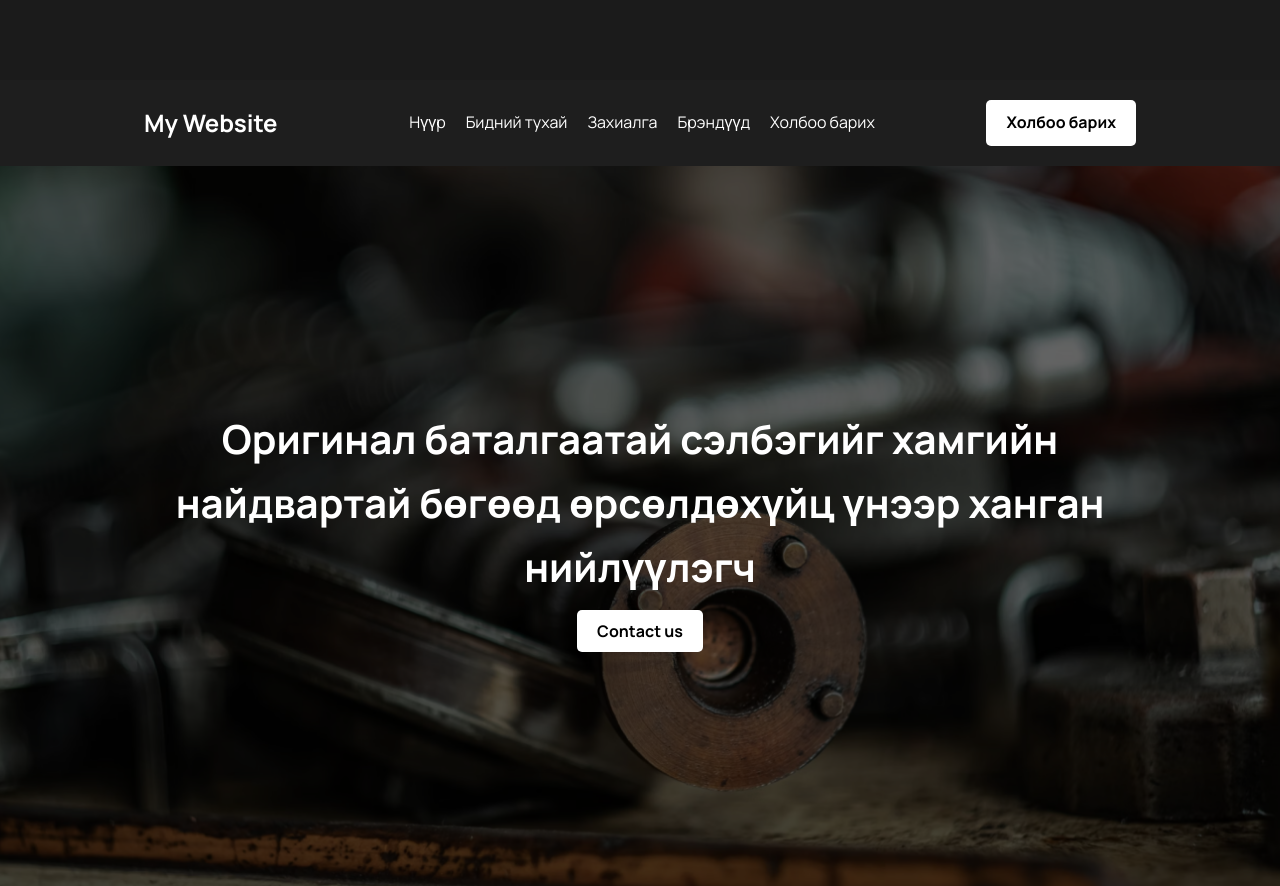
Repository: temuujinnn/mongol_kanain
Page: index.html
These files come from the project's save history. The page is drawn as it stood at one moment and after the next save; the edit follows.
The browser window is 1280 px wide. The pictures show the whole page.

Above is the page before, as saved 2024-08-22 17:39:21.

### index.html
<!DOCTYPE html>
<html lang="mn">

<head>
    <meta charset="UTF-8">
    <meta name="viewport" content="width=device-width, initial-scale=1.0">
    <title>My Custom Website</title>
    <link rel="stylesheet" href="style.css">
    <!-- Google Fonts Link -->
    <link href="https://fonts.googleapis.com/css2?family=Manrope:wght@400;700&display=swap" rel="stylesheet">
</head>

<body>
    <!-- Header Section -->
    <header>
        <div class="container">
            <div class="logo">
                <h1>My Website</h1>
            </div>
            <nav>
                <ul>
                    <li><a href="#home">Нүүр</a></li>
                    <li><a href="#about">Бидний тухай</a></li>
                    <li><a href="#order">Захиалга</a></li>
                    <li><a href="#brands">Брэндүүд</a></li>
                    <li><a href="#contact">Холбоо барих</a></li>
                </ul>
            </nav>
            <a href="#contact" class="contact-btn">Холбоо барих</a>
        </div>
    </header>

    <!-- Hero Section -->
    <section id="hero">
        <div class="overlay"></div>
        <div class="hero-content">
            <h1>Оригинал баталгаатай сэлбэгийг хамгийн найдвартай бөгөөд өрсөлдөхүйц үнээр ханган нийлүүлэгч</h1>
            <a href="#contact" class="button">Contact us</a>
        </div>
    </section>

    <!-- The rest of your content -->
</body>

</html>

### style.css
/* Basic Reset */
* {
    margin: 0;
    padding: 0;
    box-sizing: border-box;
}

body {
    font-family: 'Manrope', sans-serif;
    color: white;
    background-color: #1b1b1b;
    line-height: 1.6;
}

/* Header */
header {
    background-color: #1e1e1e;
    /* Semi-transparent background */
    padding: 20px 0;
    position: relative;
    /* Ensure the header is not fixed */
    width: 100%;
    z-index: 1000;
    /* Keep the header on top of other content */
}

header .container {
    display: flex;
    padding-left: 144px;
    padding-right: 144px;
    justify-content: space-between;
    align-items: center;
}

header .logo h1 {
    color: #fff;
    font-size: 1.5rem;
    margin: 0;
}

header nav ul {
    list-style: none;
    display: flex;
    margin: 0;
    padding: 0;
}

header nav ul li {
    margin-left: 20px;
}

header nav ul li a {
    color: #fff;
    text-decoration: none;
    font-size: 1rem;
}

header nav ul li a:hover {
    color: #ffcc00;
}

header .contact-btn {
    background-color: #fff;
    color: #000;
    padding: 10px 20px;
    text-decoration: none;
    border-radius: 5px;
    font-weight: bold;
}

header .contact-btn:hover {
    background-color: #e6e6e6;
}

/* Hero Section */
#hero {
    position: relative;
    background: url('./images/m.png') no-repeat center center/cover;
    height: 100vh;
    display: flex;
    justify-content: center;
    align-items: center;
    text-align: center;
    color: #fff;
}

#hero .overlay {
    position: absolute;
    top: 0;
    left: 0;
    right: 0;
    bottom: 0;
    background: rgba(0, 0, 0, 0.5);
    /* Dark overlay */
}

.hero-content {
    z-index: 1;
    max-width: 80%;
}

.hero-content h1 {
    font-size: 2.5rem;
    margin-bottom: 20px;
}

.hero-content .button {
    padding: 10px 20px;
    background: #fff;
    color: #000;
    text-decoration: none;
    border-radius: 5px;
    font-weight: bold;
    transition: background-color 0.3s ease;
}

.hero-content .button:hover {
    background-color: #e6e6e6;
}

/* Adjusting body padding to avoid header overlay */
body {
    padding-top: 80px;
}

After the next save:
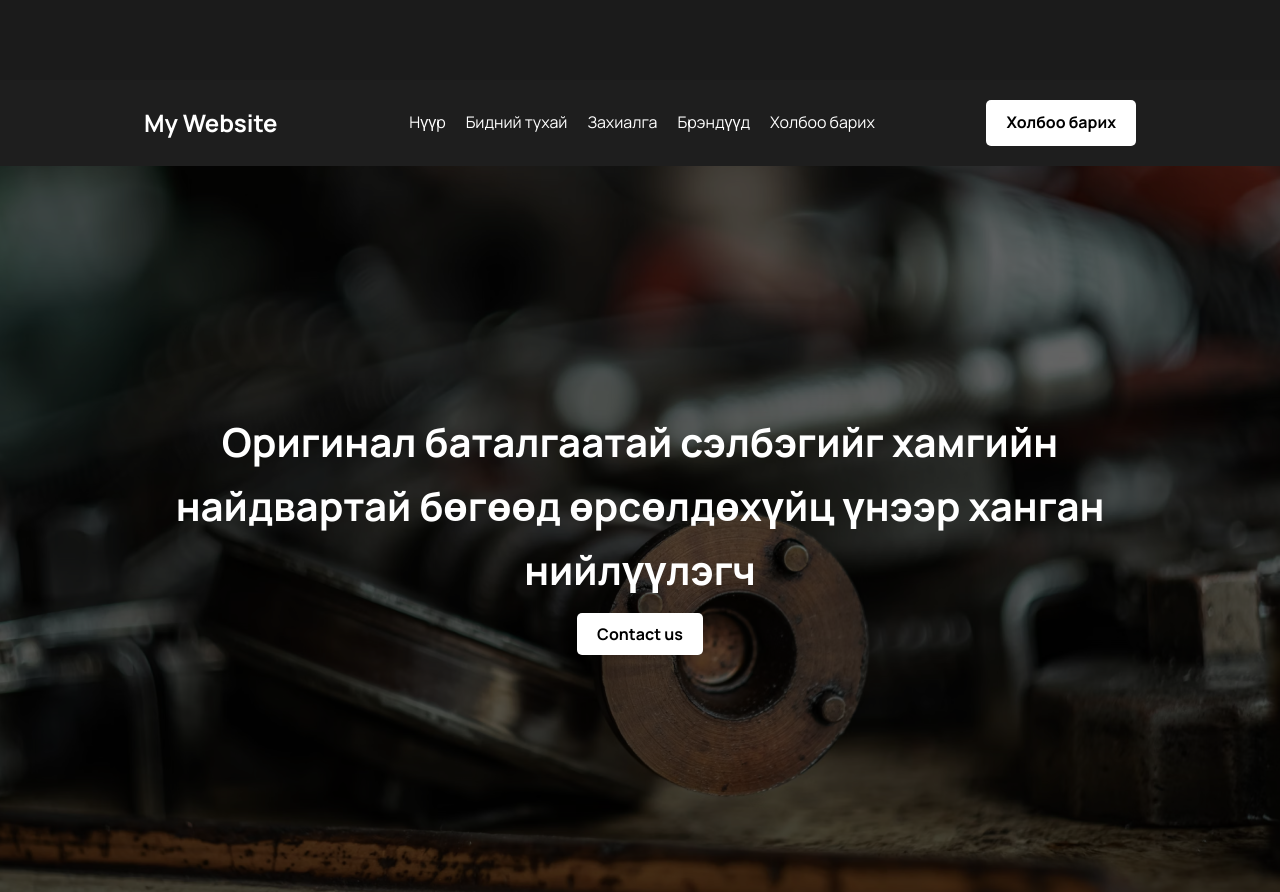
Saved 14 s later.
--- a/style.css
+++ b/style.css
@@ -76,7 +76,7 @@
 #hero {
     position: relative;
     background: url('./images/m.png') no-repeat center center/cover;
-    height: 100vh;
+    height: 726px;
     display: flex;
     justify-content: center;
     align-items: center;
